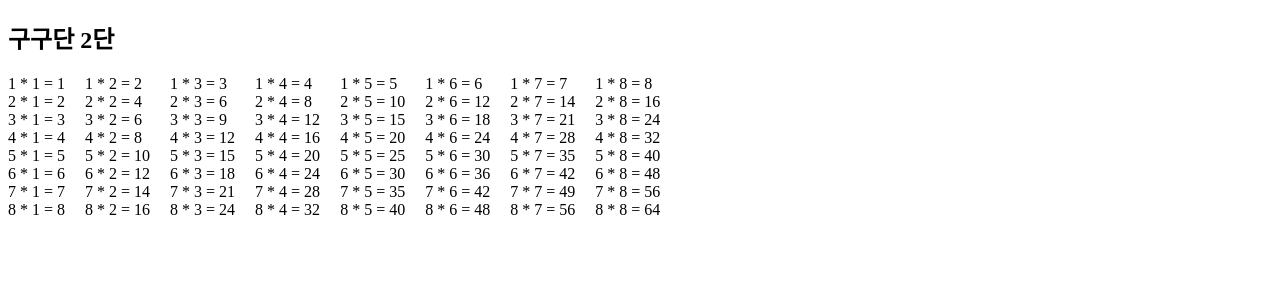
Repository: poiup/jsp_practice
Page: http://localhost/20210128/jspTag/Scriptlet.jsp
These files come from the project's save history. The page is drawn as it stood at one moment and after the next save; the edit follows.
The browser window is 1280 px wide. The pictures show the whole page.
The page is served by Tomcat 9.

Above is the page before, as saved 2022-01-28 02:50:41.

After the next save:
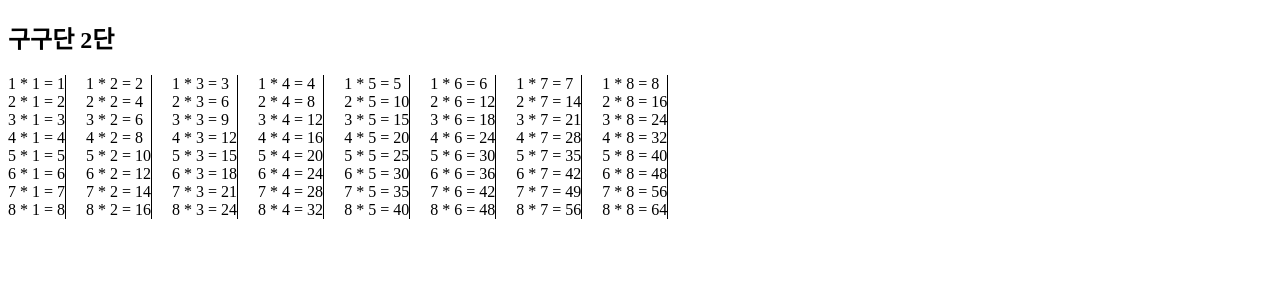
Saved 16 s later.
--- a/20210128/src/main/webapp/jspTag/Scriptlet.jsp
+++ b/20210128/src/main/webapp/jspTag/Scriptlet.jsp
@@ -13,7 +13,7 @@
 	(javascript의 document.write()와 같은역활 -->
 	<h2>구구단 2단</h2>
 	<% for(int i = 1; i< 9; i++){
-	%><div style = "float : left; margin-right : 20px"><%
+	%><div style = "float : left; margin-right : 20px; border-right: solid 1px #000"><%
 		for(int j = 1; j< 9; j++){
 		out.println(j + " * " + i + " = " + j*i);
 	%></br><%
